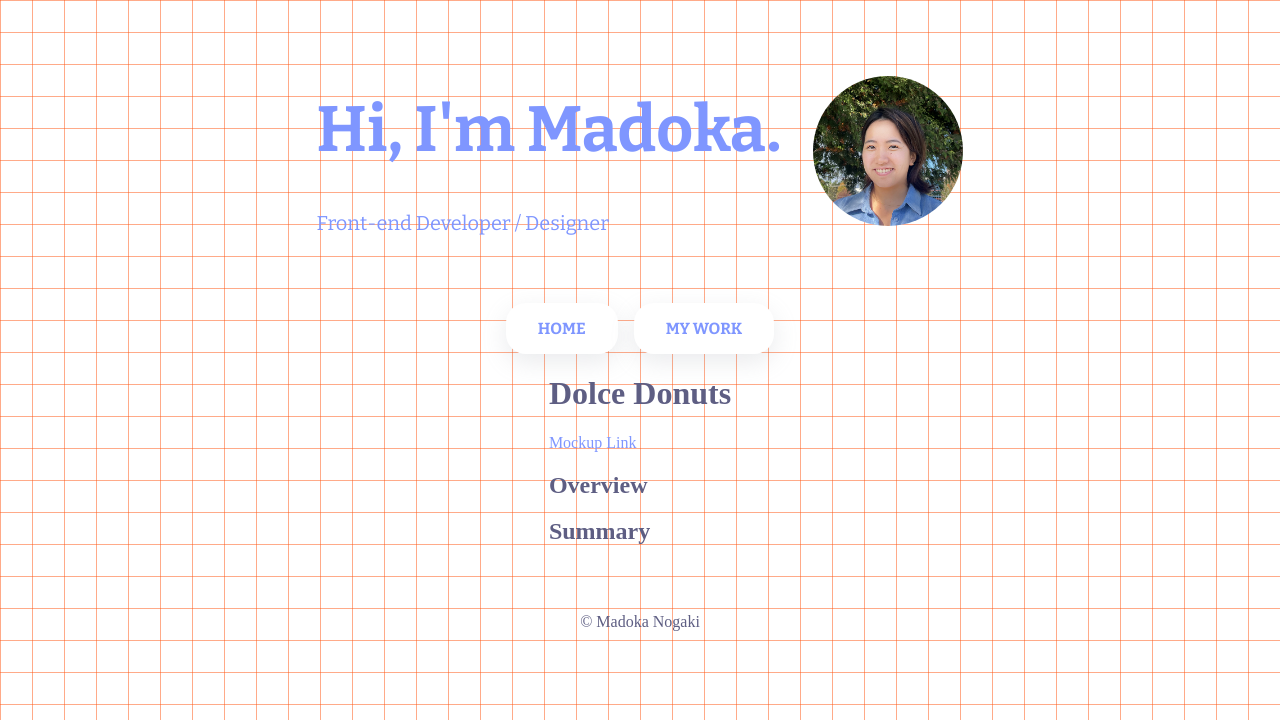
Repository: ohmaruko/portfolio
Page: /links/dolcedonuts
An editor plug-in stored every save of this project. The page is shown before and after the next save, followed by the edit.
The browser window is 1280 px wide. The pictures show the whole page.
The project was rebuilt for these pictures with package versions that can differ from the ones it lists, and the page was loaded fresh each time. The framework's server and built-in components were replaced by stand-ins that run in the browser. Also part of the build but not shown: next.config.mjs.

Above is the page before, as saved 2024-02-18 00:50:00.

### pages/links/dolcedonuts.js
import styles from '/styles/Home.module.css'
import Header from '@/components/Header'
import Footer from '@/components/Footer'
import { Open_Sans } from 'next/font/google'
import Link from 'next/link'

const openSans = Open_Sans ({subsets: ['latin']})

export default function Works() {
  return (
    <>

      <head>
        <title>Madoka Nogaki Portfolio</title>
        <meta name="description" content="Portfolio page" />
        <meta name="viewport" content="width=device-width, initial-scale=1" />
        <link rel="icon" href="/favicon.png" />
      </head>

      <div className={styles.container}>
        <Header className={openSans.className}/>
        <main className={styles.donuts}>
          <h1>Dolce Donuts</h1>
          <Link href="https://www.figma.com/proto/l18aumka9I3yuIv8W5JcGA/DolceDonuts---SET-H?type=design&t=HifTad7UBqVbb5vI-1&scaling=scale-down-width&page-id=0%3A1&node-id=1-16&starting-point-node-id=1%3A16&mode=design"
            target='_blank' style={{textDecoration: 'none', color: 'var(--blue)'}}>Mockup Link</Link>
          <h2>Overview</h2>
          <h2>Summary</h2>
        </main>

        <div className={styles.outerContainer}>
          <Footer />
        </div>
      </div>

    </>
  )
}

### styles/globals.css
:root {
  --orange: #FF5714;
  --light-orange: rgba(255, 87, 20, 0.5);
  --blue: #7F96FF;
  --white: #fff;
  --text: #5e5e83;
  color: #5e5e83;

  --medium-font: 20px;
}

body {
  margin: 0;
  background-image:
    linear-gradient(to right, var(--light-orange) 1px, transparent 1px),
    linear-gradient(to bottom, var(--light-orange) 1px, transparent 1px);
  background-size: 2em 2em;
}

p {
  font-size: 16px;
}

### styles/Home.module.css
.container {
  display: flex;
  flex-direction: column;
  align-items: center;
  min-height: 100vh;
  width: 100%;
}
.header {
  width: 70%;
}
.outerContainer {
  display: flex;
  width: 70%;
  justify-content: center;
  margin: 2em auto;
}
.box1 {
  flex: 1;
  flex-basis: 60%;
}
.box2 {
  flex: 1;
  flex-basis: 40%;
}
.link {
  text-decoration: none;
  color: var(--text);
  display: flex;
  align-items: center;
  gap: 1rem;
}
.logo {
  fill: var(--blue);
}
.skill {
  display: flex;
  gap: 1rem;
}
.footer {
  margin: 2rem;
}
.works {
  margin: 2rem;
  width: 70%;
  display: flex;
  flex-wrap: wrap;
  justify-content: center;
}
.hair h1{
  color: var(--blue);
}
.logoContainer {
  display: flex;
  flex-direction: column;
}
.logoInner{
  display: flex;
  justify-content: space-evenly;
}
.film a{
  text-decoration: none;
  color: var(--blue);
}
/* mobile */
/* @media (max-width: 800px){

} */

### components/Header/index.js
import styles from './Header.module.css'
import Image from 'next/image'
import Link from 'next/link'
import { Bitter } from 'next/font/google'
const bitter = Bitter ({subsets: ['latin']})

export default function Header() {
    return (
        <header className={`${styles.header}, ${bitter.className}`}>
            <div className={styles.banner}>
                <div>
                    <h1>Hi, I'm Madoka.</h1>
                    <p style={{fontSize:"var(--medium-font)"}}>Front-end Developer / Designer</p>
                </div>
                <Image src="/images/profile.png" alt="profile image" width={150} height={150} className={styles.img} />
            </div>
            <div className={styles.menu}>
                <Link href='/'>HOME</Link>
                <Link href='/works'>MY WORK</Link>
            </div>
        </header>

    )
}

### components/Footer/index.js
import styles from "./Footer.module.css"

export default function Footer() {
    return (
        <>
            <p>&copy; Madoka Nogaki</p>
        </>
    )
}

### components/Header/Header.module.css
.header {
    width: 100%;
}
.banner {
    font-size: 2em;
    color: var(--blue);
    display: flex;
    justify-content: center;
    align-items: center;
    gap: 2rem;
    margin: 3rem 0;
}
.img {
    border-radius: 50%;
}
.menu {
    display: flex;
    justify-content: center;
    gap: 1rem;
}
.menu a {
    text-decoration: none;
    color: var(--blue);
    font-weight: bold;
    background-color: var(--white);
    box-shadow: rgba(149, 157, 165, 0.2) 0px 8px 24px;
    border-radius: 20px;
    padding: 1rem 2rem;
}

Loaded but not shown: pages/_app.js (common file); pages/_document.js (common file); components/Footer/Footer.module.css (no stored copy; drawn as an empty file)

After the next save:
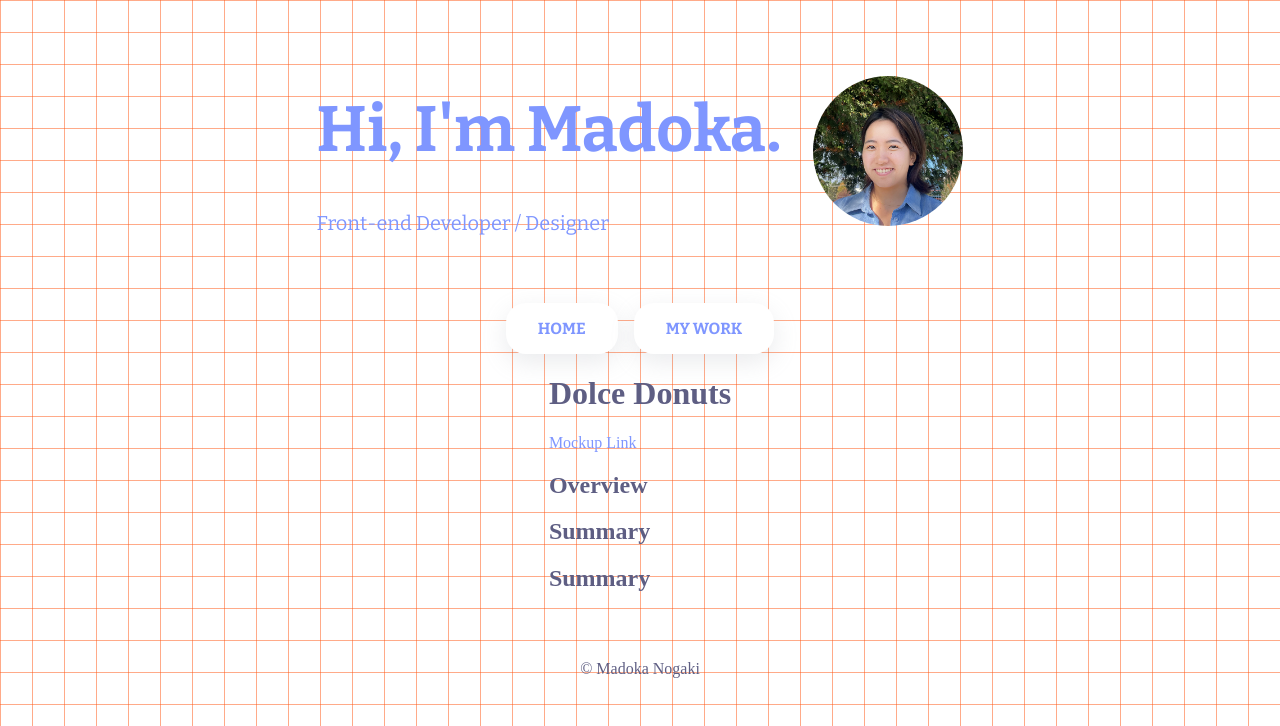
Saved 4 s later.
--- a/pages/links/dolcedonuts.js
+++ b/pages/links/dolcedonuts.js
@@ -25,6 +25,7 @@ export default function Works() {
             target='_blank' style={{textDecoration: 'none', color: 'var(--blue)'}}>Mockup Link</Link>
           <h2>Overview</h2>
           <h2>Summary</h2>
+          <h2>Summary</h2>
         </main>
 
         <div className={styles.outerContainer}>
